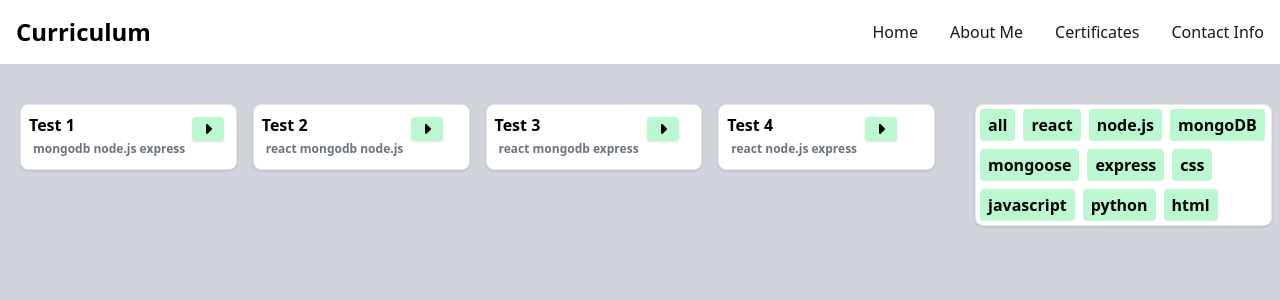
Repository: JetPi/Presentatio-Project
Page: /about/certificates
The author's editor kept a copy of each file at every save. The page is drawn from the files as they stood at one save, then again after the next save.
The browser window is 1280 px wide. The pictures show the whole page.
The project was rebuilt for these pictures with package versions that can differ from the ones it lists, and the page was loaded fresh each time. The framework's server and built-in components were replaced by stand-ins that run in the browser. Also part of the build but not shown: next.config.js.

Above is the page before, as saved 2023-04-03 16:57:11.

After the next save:
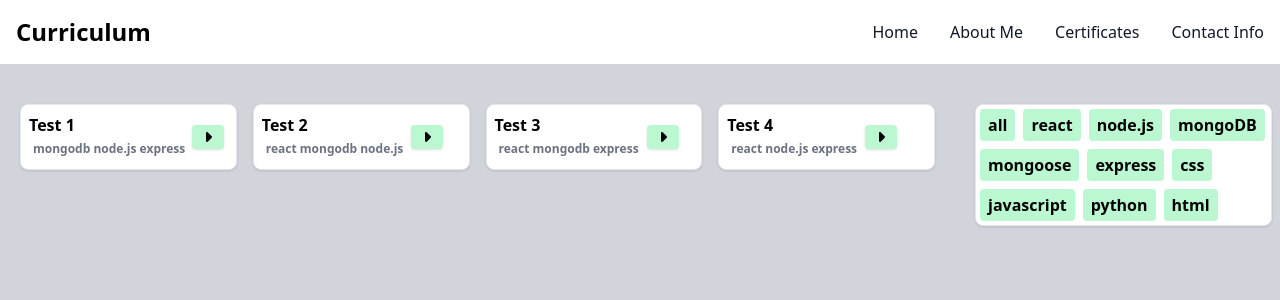
Saved 14 s later.
--- a/src/components/CertificateList.tsx
+++ b/src/components/CertificateList.tsx
@@ -78,7 +78,7 @@
                   })}
                 </div>
               </div>
-              <LinkButton href={url} styling="w-fit h-fit flex align-center">
+              <LinkButton href={url} styling="w-fit h-fit my-auto">
                 <svg
                   className="w-4 h-4"
                   aria-hidden="true"

After the 3 saves that followed:
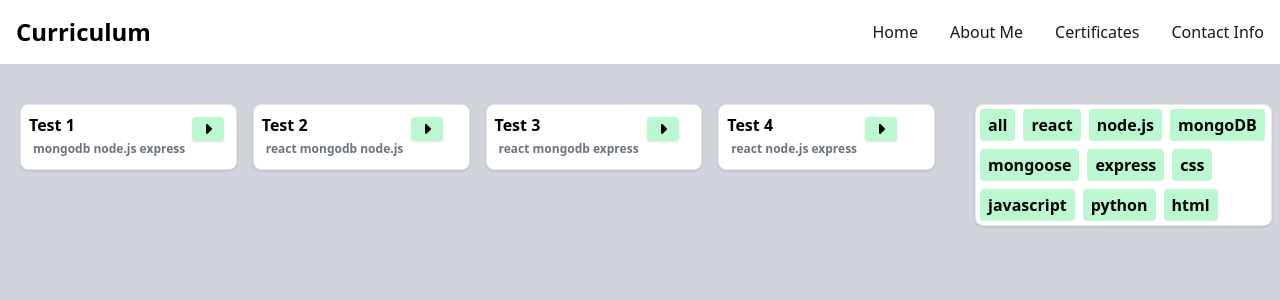
The 3 saves are shown as one change because 2 left the picture as it was.
The last was saved 64 s later.
--- a/src/components/CertificateList.tsx
+++ b/src/components/CertificateList.tsx
@@ -78,7 +78,7 @@
                   })}
                 </div>
               </div>
-              <LinkButton href={url} styling="w-fit h-fit my-auto">
+              <LinkButton href={url} styling="w-fit h-full">
                 <svg
                   className="w-4 h-4"
                   aria-hidden="true"
